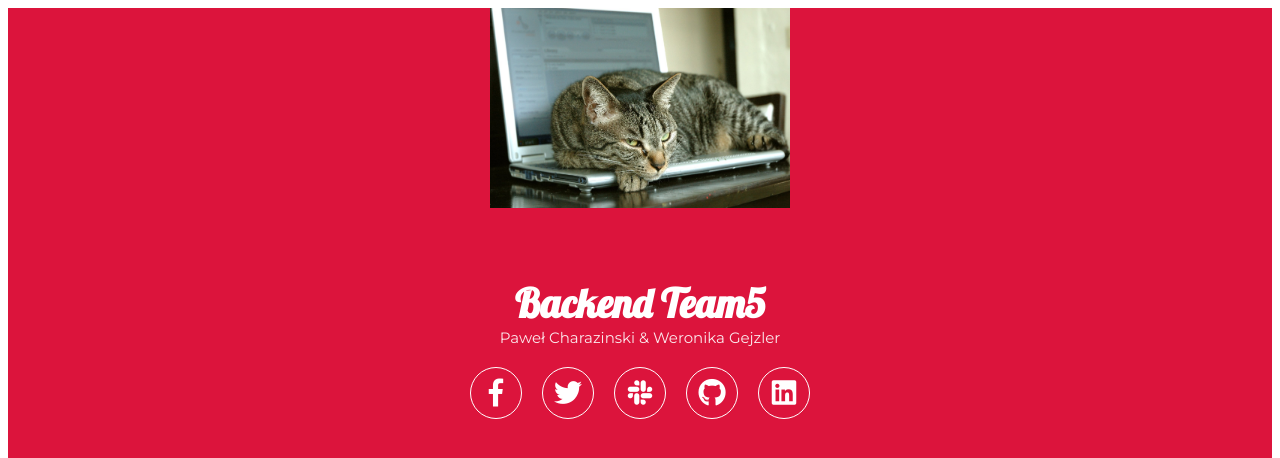
Repository: pietruszka/cc_proj1
Page: index.html
The author's editor kept a copy of each file at every save. The page is drawn from the files as they stood at one save, then again after the next save.
The browser window is 1280 px wide. The pictures show the part of the page from y = 0 to 458 px (the page is 1111 px tall).
Pictures or frames that could not be fetched are drawn as grey boxes. Some web libraries are served in a nearby version.

Above is the page before, as saved 2018-11-18 19:38:52.

After the next save:
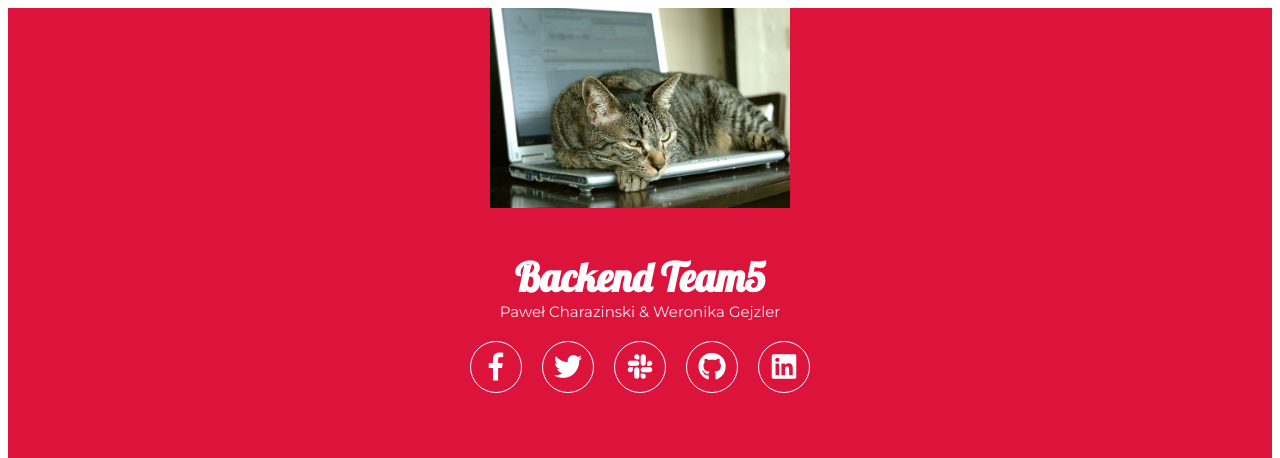
Saved 7 s later.
--- a/style.css
+++ b/style.css
@@ -34,7 +34,7 @@
 
 #heading{
 
-  padding: 5vw;
+  padding: 3vw;
   grid-area: heading;
 }
 
